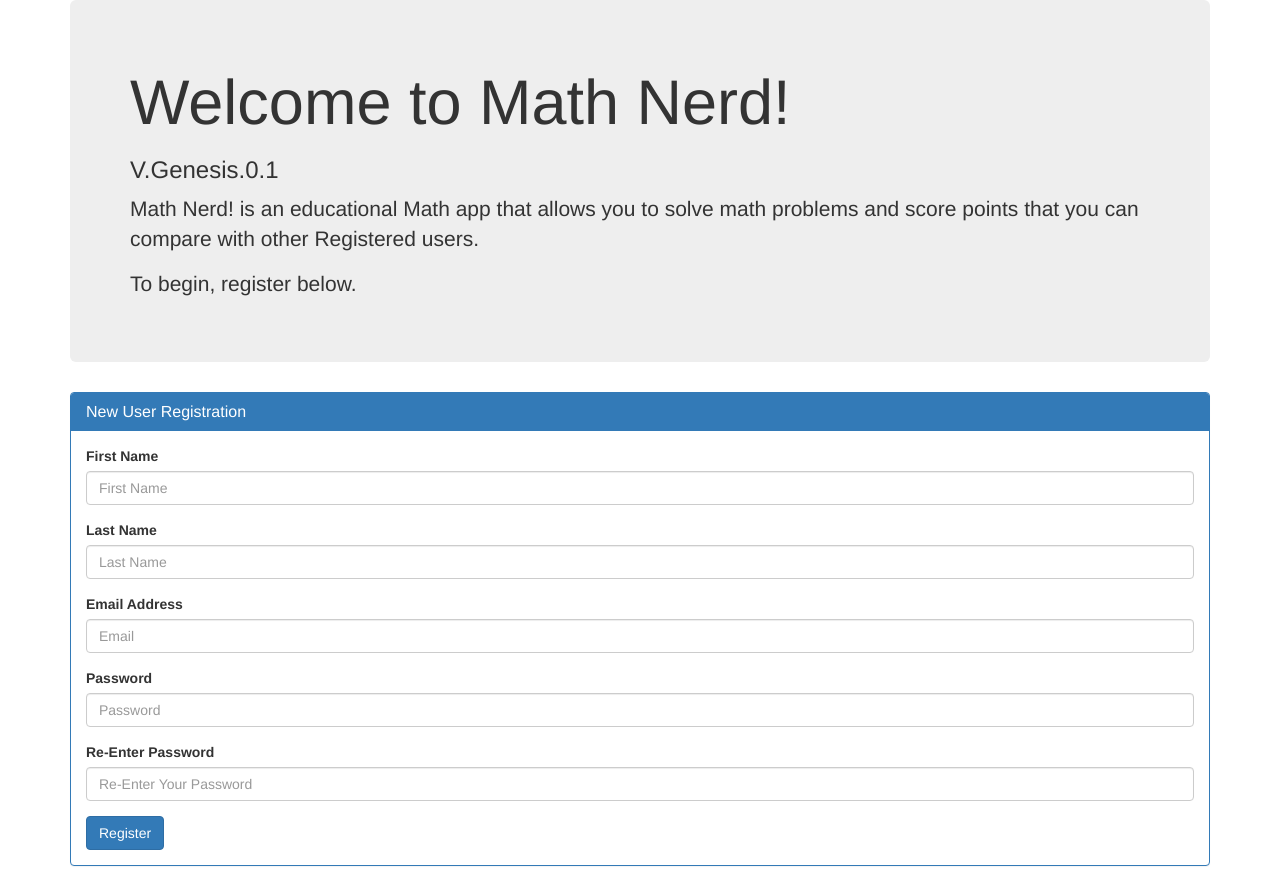
Repository: HeavyTech/acid
Page: http://localhost/MathNerd/Register
An editor plug-in stored every save of this project. The page is shown before and after the next save, followed by the edit.
The browser window is 1280 px wide. The pictures show the whole page.
The page is served by Tomcat 9.

Above is the page before, as saved 2015-12-23 04:04:31.

After the next save:
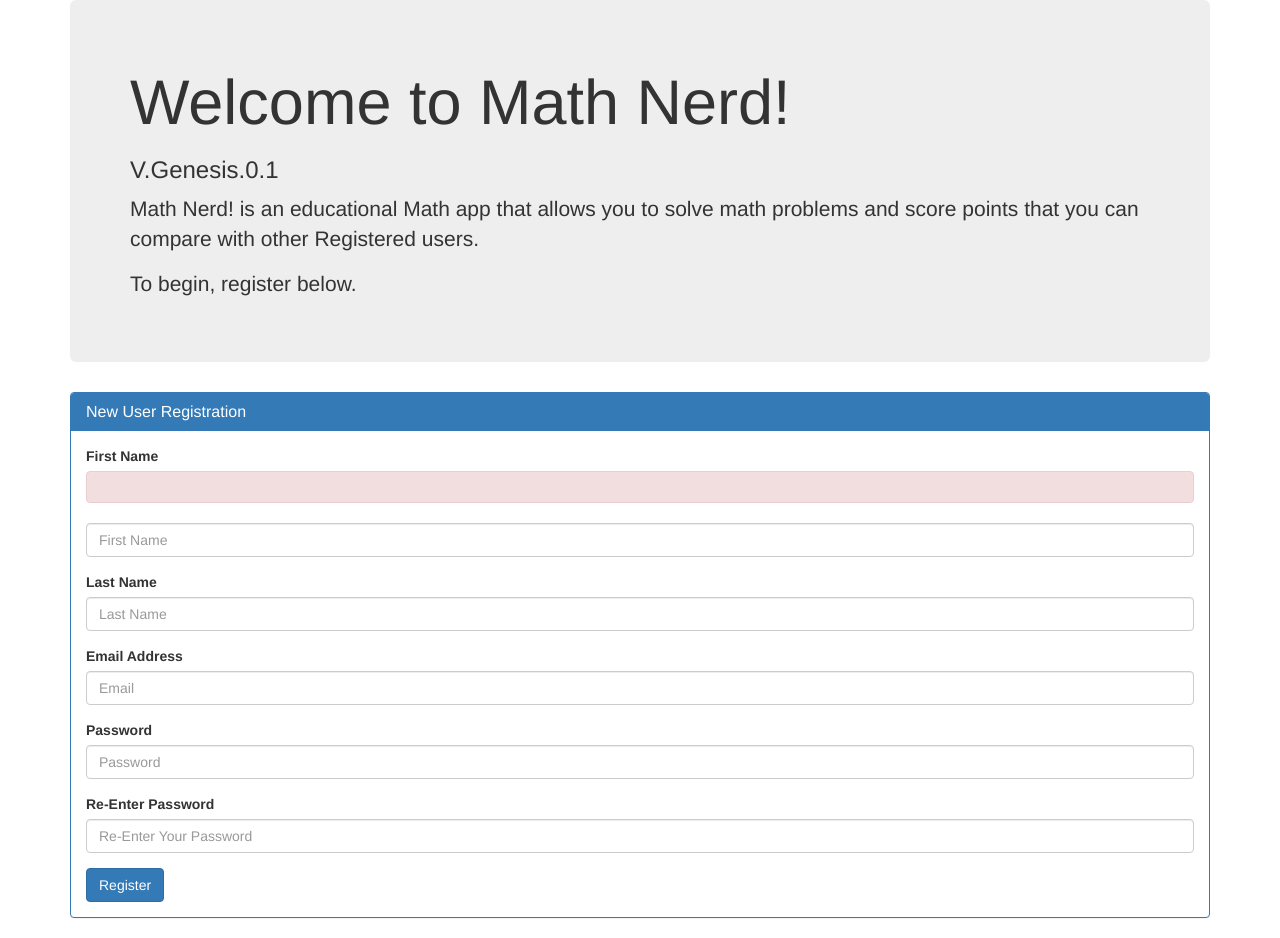
Saved 4 min 0 s later.
--- a/workspace/MathNerd/WebContent/WEB-INF/Register.jsp
+++ b/workspace/MathNerd/WebContent/WEB-INF/Register.jsp
@@ -26,7 +26,7 @@
             	    	<div class="form-group">
 							<label for="firstName">First Name</label>
 							<c:if test="${empty firstNameError}">
-
+								<div class="alert alert-danger" role="alert"> ${firstNameError}</div>
 							</c:if>
 
 							<input type="text" class="form-control" name="firstName" value="" id="firstName" placeholder="First Name" />

After the 2 saves that followed:
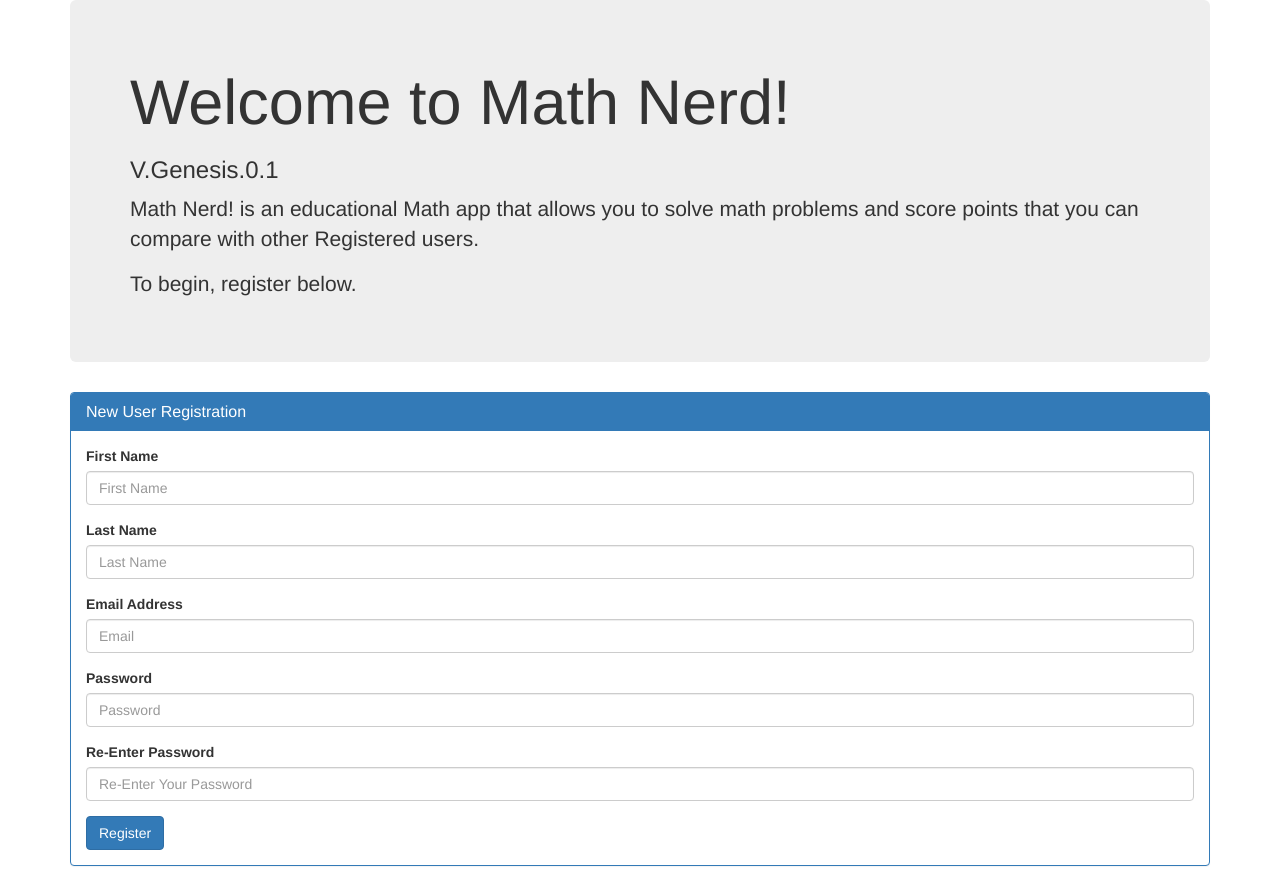
The 2 saves are shown as one change because 1 did not build or start.
The last was saved 3 min 33 s later.
--- a/workspace/MathNerd/WebContent/WEB-INF/Register.jsp
+++ b/workspace/MathNerd/WebContent/WEB-INF/Register.jsp
@@ -25,7 +25,7 @@
             		<form action="Register" method="post">
             	    	<div class="form-group">
 							<label for="firstName">First Name</label>
-							<c:if test="${empty firstNameError}">
+							<c:if test="${!empty firstNameError}">
 								<div class="alert alert-danger" role="alert"> ${firstNameError}</div>
 							</c:if>
 
